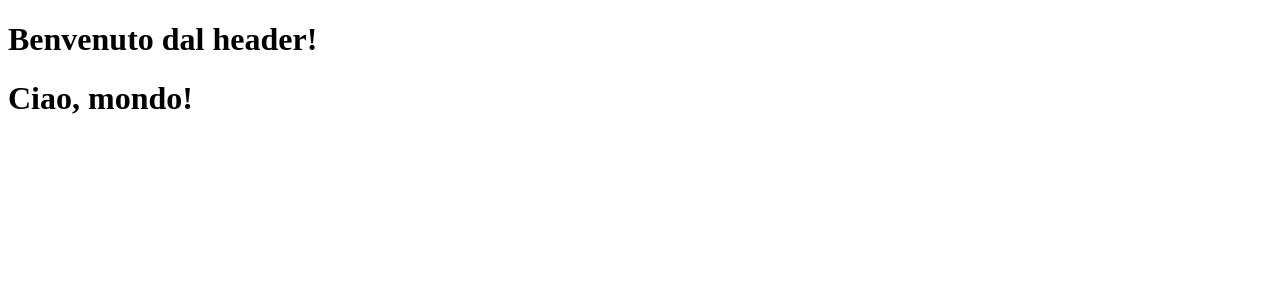
Repository: PcarloP/java_se
Page: http://localhost/anagraficaweb/jsp/body.jsp
An editor plug-in stored every save of this project. The page is shown before and after the next save, followed by the edit.
The browser window is 1280 px wide. The pictures show the whole page.
The page is served by Tomcat 10.

Above is the page before, as saved 2025-06-22 10:08:41.

After the next save:
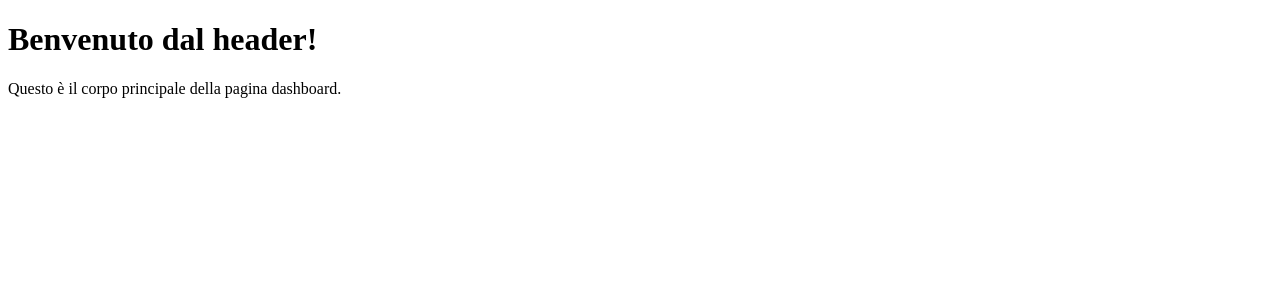
Saved 13 s later.
--- a/anagraficaweb/WebContent/jsp/body.jsp
+++ b/anagraficaweb/WebContent/jsp/body.jsp
@@ -1,15 +1,16 @@
-
-
+<%@ page language="java" contentType="text/html; charset=ISO-8859-1"
+    pageEncoding="ISO-8859-1"%>
 <!DOCTYPE html>
 <html>
 <head>
-  <title>sono nel body</title>
+    <meta charset="ISO-8859-1">
+    <title>Dashboard</title>
 </head>
 <body>
-<jsp:include page="header.jsp" />
 
-  <h1>Ciao, mondo!</h1>
+    <jsp:include page="header.jsp" />
 
+    <p>Questo è il corpo principale della pagina dashboard.</p>
 
 </body>
 </html>
